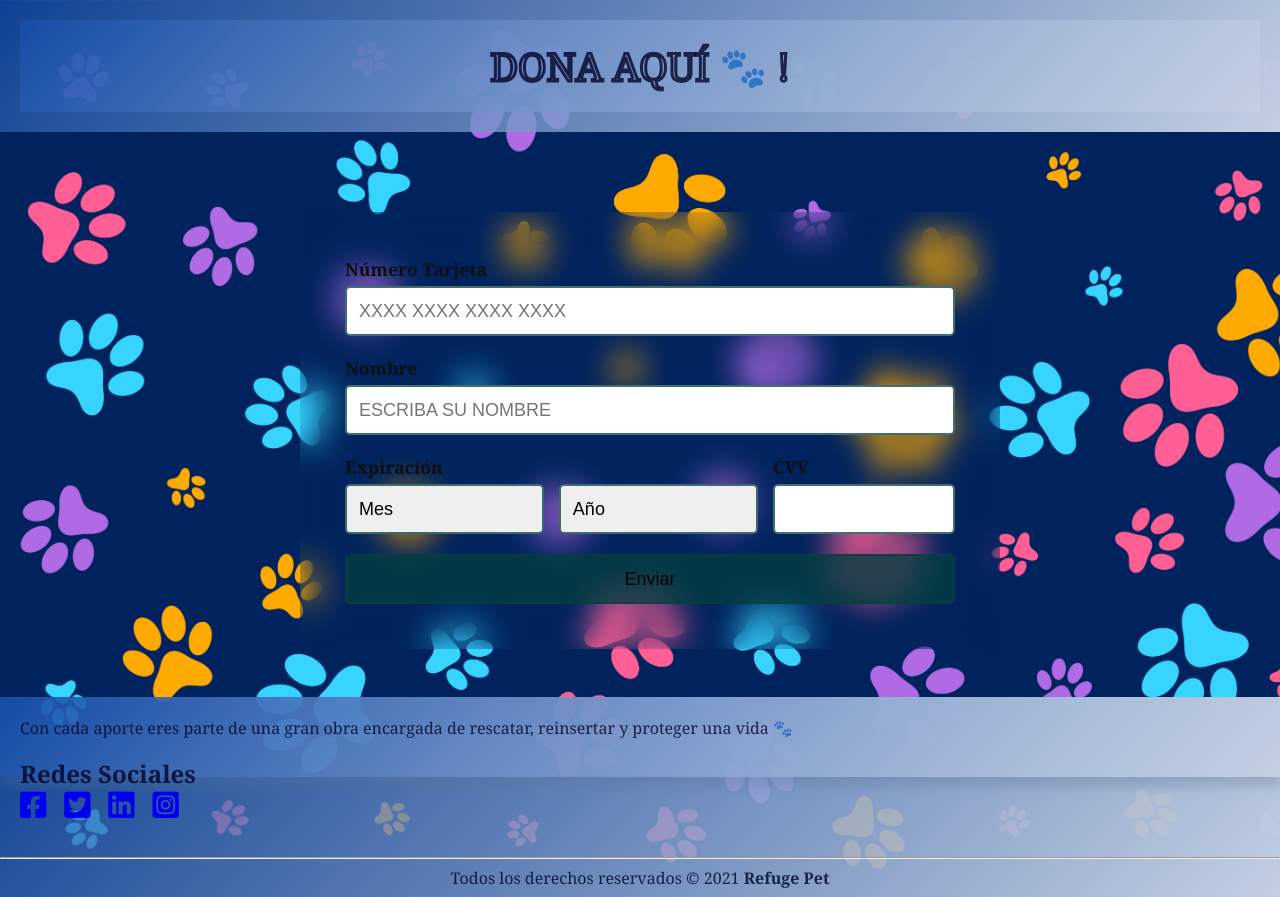
Repository: andreasvidal/SCL019-card-validation
Page: src/views/cardvalidation.html
These files come from the project's save history. The page is drawn as it stood at one moment and after the next save; the edit follows.
The browser window is 1280 px wide. The pictures show the whole page.
Some web fonts or font styles are not loaded; a fallback is used. Some web libraries are served in a nearby version.

Above is the page before, as saved 2022-04-13 10:39:00.

### src/views/cardvalidation.html
<!DOCTYPE html>
<html lang="en">

<head>
    <meta charset="UTF-8" />
    <meta http-equiv="X-UA-Compatible" content="IE=edge" />
    <meta name="viewport" content="width=device-width, initial-scale=1.0" />
    <link rel="preconnect" href="https://fonts.googleapis.com" />
    <link rel="preconnect" href="https://fonts.gstatic.com" crossorigin />
    <link href="https://fonts.googleapis.com/css2?family=Lato:ital,wght@0,400;1,700&display=swap" rel="stylesheet" />
    <link rel="preconnect" href="https://fonts.googleapis.com" />
    <link rel="preconnect" href="https://fonts.gstatic.com" crossorigin />
    <link href="https://fonts.googleapis.com/css2?family=Hurricane&family=Lato:ital,wght@1,700&display=swap" rel="stylesheet" />
    <link rel="stylesheet" href="https://use.fontawesome.com/releases/v5.8.1/css/all.css" integrity="sha384-50oBUHEmvpQ+1lW4y57PTFmhCaXp0ML5d60M1M7uH2+nqUivzIebhndOJK28anvf" crossorigin="anonymous" />
    <link rel="stylesheet" href="../css/formstyle.css" />
    <link rel="stylesheet" href="../css/style.css" />
    <title>Formulario</title>
</head>

<!--contenido principal formulario-->

<body>
    <div class="subtitle">
        <p class="subtitle">DONA AQUÍ 🐾 !</p>
    </div>
    <form id="formValidation" class="form-validation">
        <div class="bg-blur">
            <div class="data-card" id="dataForm">
                <label for="inputNumber">Número Tarjeta</label>
                <input type="text" id="inputNumber" name="number" maxlength="16" autocomplete="off" pattern="[0-9]+" placeholder="XXXX XXXX XXXX XXXX" required />
                <h5 id="print"></h5>
            </div>
            <div class="data-card">
                <label for="inputNameUser">Nombre </label>
                <input type="text" id="inputNameUser" name="nameUser" placeholder="Escriba su nombre" required />
                <h5 id="print"></h5>
            </div>
            <!--datos expiración tarjeta-->
            <div class="flexbox">
                <div class="data-card expider-date">
                    <label for="monthSelect">Expiración</label>
                    <div class="flexbox">
                        <div class="data-card-select">
                            <select name="monthSelect" id="monthSelect" required>
                <option disabled selected>Mes</option>
                <option value="1">1</option>
                <option value="2">2</option>
                <option value="3">3</option>
                <option value="4">4</option>
                <option value="5">5</option>
                <option value="6">6</option>
                <option value="7">7</option>
                <option value="8">8</option>
                <option value="9">9</option>
                <option value="10">10</option>
                <option value="11">11</option>
                <option value="12">12</option>
              </select>
                        </div>
                        <div class="data-card-select">
                            <select name="yearSelect" id="yearSelect" required>
                <option disabled selected>Año</option>
                <option value="2">2014</option>
                <option value="5">2015</option>
                <option value="6">2016</option>
                <option value="7">2017</option>
                <option value="8">2018</option>
                <option value="9">2019</option>
                <option value="10">2020</option>
                <option value="11">2021</option>
                <option value="12">2022</option>
              </select>
                        </div>
                    </div>
                </div>
                <div class="data-card ccv">
                    <label for="inputCcv">CVV</label>
                    <input type="text" id="inputCcv" name="inputCcv" maxlength="3" required />
                </div>
            </div>
            <button type="submit" value="sendForm" class="btn-send" id="sendForm">
        Enviar
      </button>
        </div>
    </form>
    <footer>
        <div class="container__footer">
            <div class="box__footer">
                <div class="terms">
                    <p>
                        Con cada aporte eres parte de una gran obra encargada de rescatar, reinsertar y proteger una vida 🐾
                    </p>
                </div>
            </div>
            <div class="box__footer">
                <h2>Redes Sociales</h2>
                <a href="#"> <i class="fab fa-facebook-square"></i></a>
                <a href="#"><i class="fab fa-twitter-square"></i></a>
                <a href="#"><i class="fab fa-linkedin"></i></a>
                <a href="#"><i class="fab fa-instagram-square"></i></a>
            </div>
        </div>
        <div class="box__copyright">
            <hr />
            <p class="footer-txt">Todos los derechos reservados © 2021 <b>Refuge Pet</b></p>
        </div>
    </footer>
    <!-- jQuery-->
    <script src="https://ajax.googleapis.com/ajax/libs/jquery/3.6.0/jquery.min.js"></script>
    <!--materialize -->
    <!--JS-->
    <script src="../js/index.js" type="module"></script>
</body>

</html>

### src/css/formstyle.css
* {
    padding: 0;
    margin: 0;
    box-sizing: border-box;
}

body {
    font-family: 'Lato', 'sans-serif';
    background-image: url(../assets/img/fondopatas.jpg);
    background-size: cover;
    background-repeat: no-repeat;
}


/*estilos formulario validacion*/

.form-validation {
    color: beige;
    width: 100%;
    max-width: 700px;
    margin-left: 300px;
    border-radius: 10px;
    position: relative;
    top: 80px;
    z-index: 1;
}

.bg-blur {
    backdrop-filter: blur(1rem);
    width: 100%;
    padding: 45px;
}

.form-validation label {
    display: block;
    color: rgb(15, 15, 15);
    margin-bottom: 5px;
    font-size: 1.1rem;
    font-weight: 700;
}

.form-validation input,
.form-validation select,
.btn-send {
    border: 2px solid rgba(4, 63, 63, 0.753);
    font-size: 18px;
    height: 50px;
    width: 100%;
    padding: 5px 12px;
    border-radius: 5px;
}

.form-validation input:hover,
.form-validation select:hover {
    border: 2px solid rgb(23, 24, 24);
}

.form-validation input:focus,
.form-validation select:focus {
    outline: rgb(173, 182, 182);
    box-shadow: 0 8px 8px 0 rgba(32, 38, 46, 0.3);
}

.form-validation input {
    margin-bottom: 20px;
    text-transform: uppercase;
}

.form-validation .flexbox {
    display: flex;
    justify-content: space-between;
}

.form-validation .expider-date {
    width: 100%;
}

.form-validation .ccv {
    min-width: 10px;
}

.form-validation .data-card-select {
    width: 100%;
    margin-right: 15px;
    position: relative;
}

.form-validation select {
    -webkit-appearance: none;
}


/*backgrond btn enviar*/

.btn-send {
    background: rgba(4, 63, 63, 0.753);
    ;
}

.btn-send:hover {
    background-color: rgba(94, 126, 136, 0.651);
    cursor: pointer;
}

#print {
    color: rgb(38, 41, 41);
    font-size: 16px;
}


/*footer*/

.terms {
    height: 30px;
    margin-bottom: 50px;
}

footer,
.container__footer {
    width: 100%;
    margin-top: 10%;
    background-size: cover;
    background-image: linear-gradient(135deg, #1650adad 0%, #c3cfe2 100%);
    box-shadow: 0 10px 10px 0 rgba(90, 116, 148, 0.3);
    color: rgba(2, 3, 39, 0.8);
}

.box__footer {
    padding: 20px;
    height: 10px;
}

.fab {
    padding-right: 40px;
    width: 20px;
    height: 20px;
    font-size: 30px;
}

.box__copyright {
    padding-top: 5rem;
    text-align: center;
    font-family: Georgia, 'Times New Roman', Times, serif;
    font-size: 1rem;
}

.footer-txt {
    padding: 0.5rem;
}

### src/css/style.css
     * {
         padding: 0;
         margin: 0;
         box-sizing: border-box;
     }

     body {
         font-family: 'Lato', 'sans-serif';
         background-image: url(../assets/img/fondopatas.jpg);
         font-family: Georgia, 'Times New Roman', Times, serif;
     }
     /*estilo titulo*/

     .title-h1 {
         display: flex;
         flex-direction: column;
         align-items: center;
         color: rgba(2, 3, 39);
         font-size: 8vw;
         background-image: linear-gradient(135deg, #1650adad 0%, #c3cfe2 100%);
         background: url(../assets/img/background-card/pngwing.com\ \(3\).png);
         background-repeat: no-repeat;
         background-size: contain;
         background-position: 15rem;
     }

     .subtitle {
         text-align: center;
         padding: 20px;
         color: rgb(74, 80, 80);
         font-size: 3vw;
         -webkit-text-fill-color: transparent;
         -webkit-text-stroke: 3px rgba(2, 3, 39, 0.8);
         background-image: linear-gradient(135deg, #1650adad 0%, #c3cfe2 100%);
     }

     .img-banner {
         display: flex;
         height: 500px;
         z-index: -1;
         flex-direction: row;
         margin-left: 50px;
         align-items: center;
         margin-bottom: -50px;
         border-radius: 15px;
     }
     /*contenedor tarjeta*/

     .container {
         width: 90%;
         max-width: 1000px;
         padding: 20px 60px;
         margin: auto;
         display: flex;
         /* deja los elementos en forma de columna*/
         flex-direction: column;
         /*align-items no sirve para centrar de forma vertical (se utiliza justify), se utiliza al cambiar la dirección con flex-direction*/
         align-items: center;
     }
     /*estilo tarjeta*/

     .card {
         padding-top: 30px;
         width: 100%;
         max-width: 550px;
         position: relative;
         color: rgb(37, 36, 36);
         cursor: pointer;
     }

     .card>div {
         padding: 30px;
         border-radius: 15px;
         min-height: 315px;
         display: flex;
         flex-direction: column;
         justify-content: space-between;
         box-shadow: 0 10px 10px 0 rgba(90, 116, 148, 0.822);
     }

     .style-card {
         width: 100%;
         background: url(../assets/img/background-card/bg-img-2.jpg);
         background-size: cover;
     }
     /*para mantener el espeacio de la imagen logo (contenedor vacio)*/

     .style-card .logo-card {
         text-align: right;
         min-height: 50px;
     }

     .style-card .logo-card img {
         width: 100%;
         height: 100%;
         object-fit: cover;
         max-width: 80px;
     }

     .style-card .chip-card {
         width: 100%;
         max-width: 50px;
         margin-bottom: 20px;
     }

     .style-card .form-group .card-label {
         font-size: 16px;
         color: rgb(115, 131, 131);
         margin-bottom: 5px;
     }

     .style-card .card-group .number-card,
     .style-card .card-group .name-card,
     .style-card .card-group .expider {
         /*color: rgb(74, 80, 80);*/
         font-size: 22px;
         text-transform: uppercase;
     }

     .style-card .flexbox {
         display: flex;
         justify-content: space-between;
         margin-top: 20px;
     }
     /*btn abrir formulario*/

     .btn-open {
         color: rgb(195, 214, 214);
         box-shadow: 0 10px 10px 0 rgba(90, 116, 148, 0.3);
         background: rgba(183, 0, 255, 0.514);
         width: 50px;
         height: 50px;
         margin-top: -10px;
         border-radius: 100%;
         z-index: 2;
     }

     .btn-open:hover {
         opacity: 0.50;
         -moz-opacity: .50;
         filter: alpha (opacity=50);
     }

     .btn-open {
         text-decoration: none;
         padding-top: 15px;
         text-align: center;
     }

### src/js/index.js
/*import validator from '../js/validator.js';

//Llamando al DOM

const btnForm = document.getElementById("sendForm");
const form = document.getElementById("#formValidation");
btnForm.addEventListener('click', function(e) {
    e.preventDefault();
    let creditCardNumber = document.getElementById('inputNumber').value;
    let maskified = validator.maskify(creditCardNumber);
    if (creditCardNumber === "") {
        return document.getElementById("print").innerHTML = "Reingrese su número de tarjeta sin espacios ni carácteres especiales";
    } else {
        return document.getElementById("print").innerHTML = "Tu tarjeta N° " + maskified + " es válida";
    }
})


// inputName solo letras, inputCcv y inputNumber  solo numeros
let inputNumber = document.getElementById('inputNumber');
let inputName = document.getElementById('inputNameUser');
let inputCcv = document.getElementById('inputCcv');

const onlyNum = /[^0-9]/g;
const onlypLet = /[^a-zA-ZÑñáéíóúÁÉÍÓÚ\s]*$/g;
inputNumber.addEventListener('input', function() {
    inputNumber.value = inputNumber.value.replace(onlyNum, '');
});
inputName.addEventListener('input', function() {
    inputName.value = inputName.value.replace(onlypLet, '');
});
inputCcv.addEventListener('input', function() {
    inputCcv.value = inputCcv.value.replace(onlyNum, '');
});

// mes y años
for (let i = 1; i <= 12; i++) {
    let optionDate = document.createElement('option');
    optionDate.value = i;
    optionDate.innerText = i;
    form.monthSelect.appendChild(optionDate);
}

// * Select del año generado dinamicamente.
const yearActual = new Date().getFullYear();
for (let i = yearActual; i <= yearActual + 8; i++) {
    let optionDate = document.createElement('option');
    optionDate.value = i;
    optionDate.innerText = i;
    optionDate.selectYear.appendChild(optionDate);
}*/

After the next save:
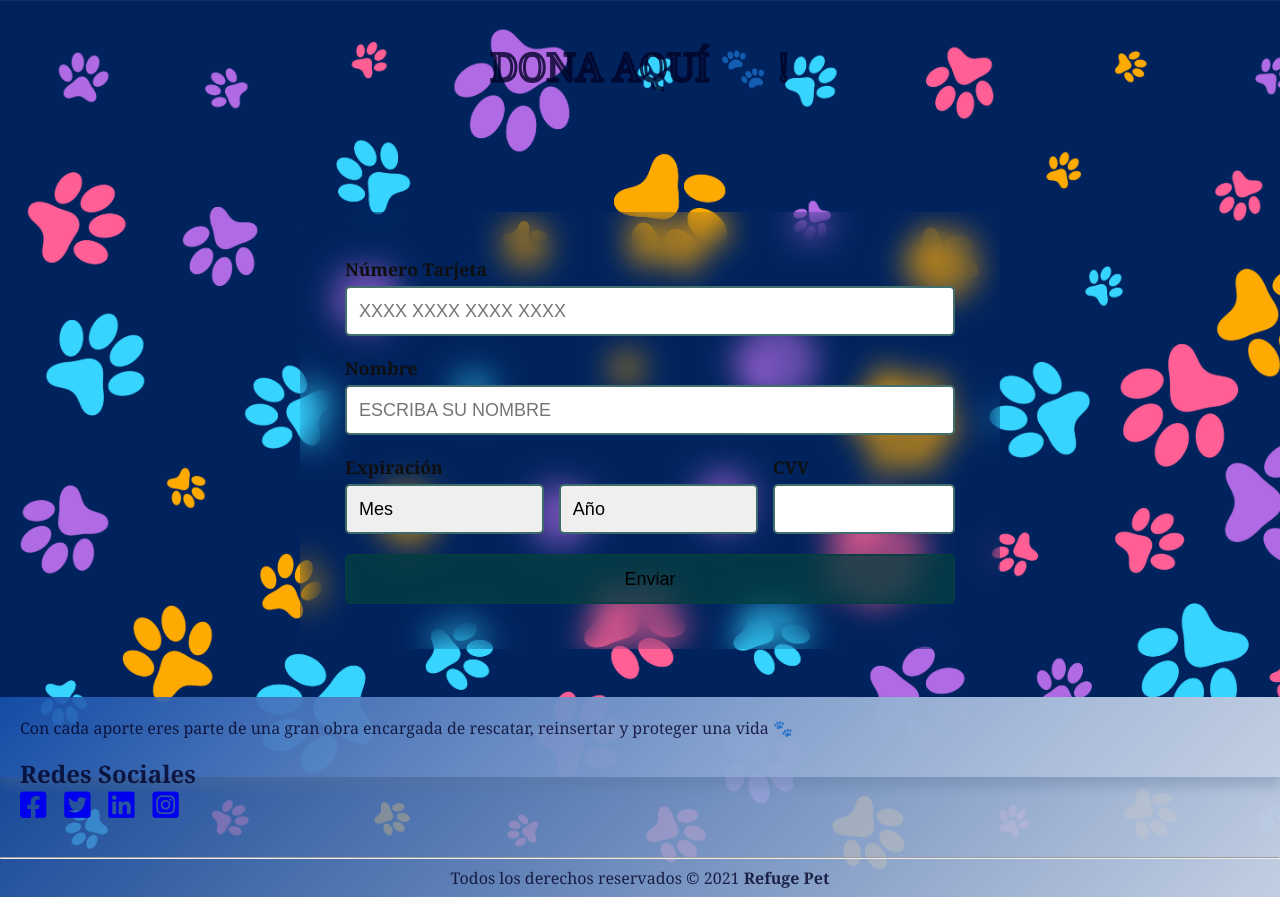
Saved 30 s later.
--- a/src/css/style.css
+++ b/src/css/style.css
@@ -31,7 +31,6 @@
          font-size: 3vw;
          -webkit-text-fill-color: transparent;
          -webkit-text-stroke: 3px rgba(2, 3, 39, 0.8);
-         background-image: linear-gradient(135deg, #1650adad 0%, #c3cfe2 100%);
      }
 
      .img-banner {
